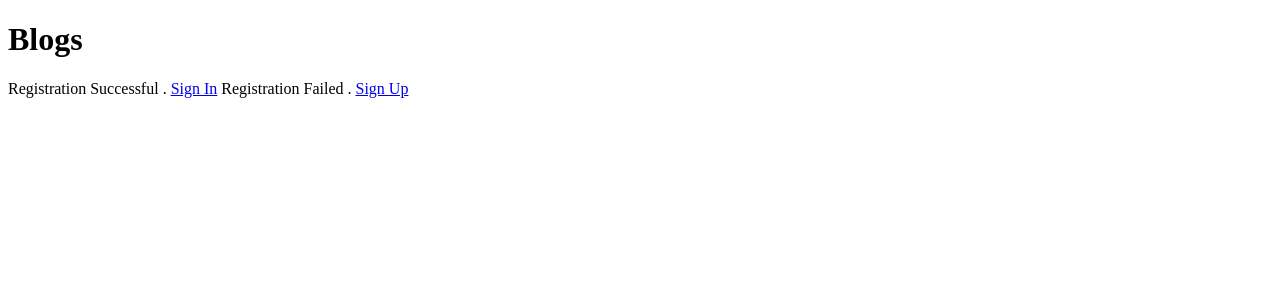
Repository: bhageshchincholi/AdvanceJava
Page: http://localhost/Blog/register.jsp
These files come from the project's save history. The page is drawn as it stood at one moment and after the next save; the edit follows.
The browser window is 1280 px wide. The pictures show the whole page.
The page is served by Tomcat 9. Other server files are loaded and not shown.

Above is the page before, as saved 2024-06-12 11:23:34.

### Blog/Blog/src/main/webapp/register.jsp
<%@ page language="java" contentType="text/html; charset=ISO-8859-1"
    pageEncoding="ISO-8859-1"%>
<!DOCTYPE html>
<html>
<head>
<meta charset="ISO-8859-1">
<title>Register</title>
</head>
<body>
	<h1>${initParam.appTitle}</h1>
	<jsp:useBean id="rb" class="com.blog.Bin.RegistrationBin" />
	<jsp:setProperty property="*" name="rb"/>

	${rb.registerUser() }

		<tag:choose>
			<tag:when test="${rb.count == 1 }">
				Registration Successful .
				<a href="ctl?page=index">Sign In</a>
			</tag:when>
			<tag:otherwise>
				Registration Failed .
				<a href="ctl?page=newuser">Sign Up</a>
			</tag:otherwise>
		</tag:choose>

</body>
</html>

### Blog/Blog/src/main/java/com/blog/DAO/UserDAO.java
package com.blog.DAO;

import java.sql.SQLException;
import java.util.List;

import com.blog.entity.User;

public interface UserDAO extends AutoCloseable {

	int userRegistration(User u) throws SQLException;
	List<User>displayAllUsers() throws SQLException;
	List<User> checkLogin(String email, String password);
}

### Blog/Blog/src/main/java/com/blog/entity/User.java
package com.blog.entity;

public class User {

	private int id;
	private String email;
	private String password;
	private String fullName;
	private String phoneNo;
	private String address;

	public User()
	{

	}

	public User(int id,String fullName, String email, String password, String phoneNo,String address) {
		this.id = id;
		this.fullName = fullName;
		this.email = email;
		this.password = password;
		this.phoneNo = phoneNo;
		this.address = address;
	}
	public String getAddress()
	{
		return address;
	}

	public void setAddress(String address)
	{
		this.address = address;
	}

	public String getEmail() {
		return email;
	}

	public void setEmail(String email) {
		this.email = email;
	}

	public String getPassword() {
		return password;
	}

	public void setPassword(String password) {
		this.password = password;
	}

	public String getFullName() {
		return fullName;
	}

	public void setFullName(String fullName) {
		this.fullName = fullName;
	}

	public String getPhoneNo() {
		return phoneNo;
	}

	public void setPhoneNo(String phoneNo) {
		this.phoneNo = phoneNo;
	}


	public void setId(int id)
	{
		this.id =  id;
	}

	public int getId() {
		return id;
	}

	@Override
	public String toString() {
		return "User [id=" + id + ", email=" + email + ", password=" + password + ", fullName=" + fullName
				+ ", phoneNo=" + phoneNo + ", address=" + address + "]";
	}

}

### Blog/Blog/src/main/java/com/blog/DAO/DAO.java
package com.blog.DAO;

import java.sql.Connection;
import java.sql.SQLException;

import com.blog.DBUtil.DBUtil;

public class DAO {

	protected Connection connection;
	public DAO() throws Exception {
		connection = DBUtil.getConnection();
	}
	public void close() {
		try {
			if(connection != null)
				connection.close();
		} catch (SQLException e) {
			e.printStackTrace();
		}
	}


}

### Blog/Blog/src/main/java/com/blog/DAO/UserDAOImpl.java
package com.blog.DAO;

import java.sql.PreparedStatement;
import java.sql.ResultSet;
import java.sql.SQLException;
import java.util.ArrayList;
import java.util.List;

import com.blog.entity.User;

public class UserDAOImpl extends DAO implements UserDAO
{

	public UserDAOImpl() throws Exception {

	}

	public int userRegistration(User u) throws SQLException
	{
		String query = "insert into users (id,full_name,email,password,phone_no,address) values(?,?,?,?,?,?)";
		PreparedStatement statement = connection.prepareStatement(query);
		statement.setInt(1,u.getId());
		statement.setString(2,u.getFullName());
		statement.setString(3, u.getEmail());
		statement.setString(4, u.getPassword());
		statement.setString(5, u.getPhoneNo());
		statement.setString(6, u.getAddress());

		int count = statement.executeUpdate();

		return count;
	}


	public List<User>displayAllUsers() throws SQLException
	{
		String query = "Select * from users";
		PreparedStatement statement = connection.prepareStatement(query);
		ResultSet result = statement.executeQuery();
		List<User > userList = new ArrayList<>();

		while(result.next())
		{
			User u1 = new User();
			u1.setId(result.getInt(1));
			u1.setFullName(result.getString(2));
			u1.setEmail(result.getString(3));
			u1.setPassword(result.getString(4));
			u1.setPhoneNo(result.getString(5));
			u1.setAddress(result.getString(6));

			userList.add(u1);
		}
		return userList;
	}


	public List<User> checkLogin(String email, String password)
	{
		List<User> list1= null;
		String sql="Select id,full_name,email, password from users where email=? And password=?;";
		try (PreparedStatement stmt = connection.prepareStatement(sql))
		{

			stmt.setString(1, email);
			stmt.setString(2, password);
			list1= new ArrayList<>();
			ResultSet rs= stmt.executeQuery();
			User u=new User();
			rs.next();
			u.setId(rs.getInt(1));
			u.setFullName(rs.getString(2));
			u.setEmail(rs.getString(3));
			u.setPassword(rs.getString(4));
			list1.add(u);


		} catch (SQLException e) {
			// TODO Auto-generated catch block
			e.printStackTrace();
		}
		return list1;


	}

}

### Blog/Blog/src/main/java/com/blog/DBUtil/DBUtil.java
package com.blog.DBUtil;

import java.sql.Connection;
import java.sql.DriverManager;
import java.sql.SQLException;

public class DBUtil {

	public static final String DB_DRIVER = "com.mysql.cj.jdbc.Driver";
	public static final String DB_URL = "jdbc:mysql://localhost:3306/blog_db";
	public static final String DB_USER = "root";
	public static final String DB_PASSWD = "manager";


	//  if db driver is not present then it will exit
	static {
		try {
			Class.forName(DB_DRIVER);
		} catch (ClassNotFoundException e) {
			e.printStackTrace();
			System.exit(1);
		}
	}

	public static Connection getConnection() throws SQLException {
		Connection connection = DriverManager.getConnection(DB_URL, DB_USER, DB_PASSWD);
		return connection;
	}

}

After the next save:
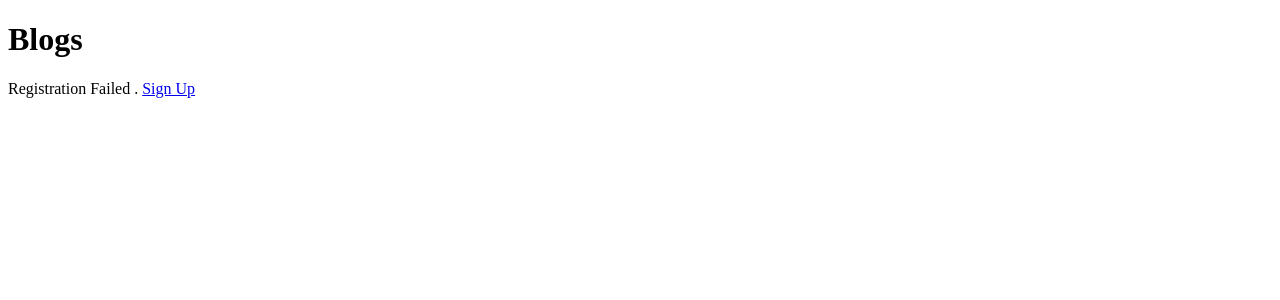
Saved 41 s later.
--- a/Blog/Blog/src/main/webapp/register.jsp
+++ b/Blog/Blog/src/main/webapp/register.jsp
@@ -1,5 +1,6 @@
 <%@ page language="java" contentType="text/html; charset=ISO-8859-1"
     pageEncoding="ISO-8859-1"%>
+<%@ taglib prefix="tag" uri="http://java.sun.com/jsp/jstl/core" %>
 <!DOCTYPE html>
 <html>
 <head>
